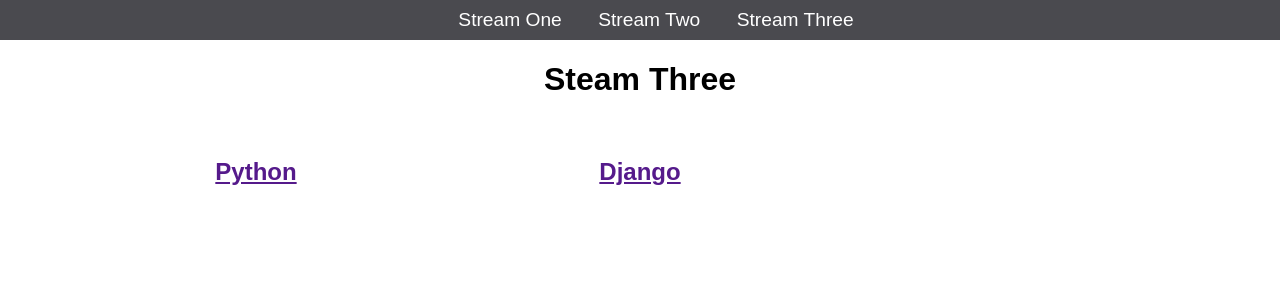
Repository: lisaannbyrne1/my-first-website
Page: stream-three.html
The author's editor kept a record of every edit. The page is drawn from the files as they stood at one moment, then again after the next edit.
The browser window is 1280 px wide. The pictures show the whole page.

Above is the page before.

After the next edit:
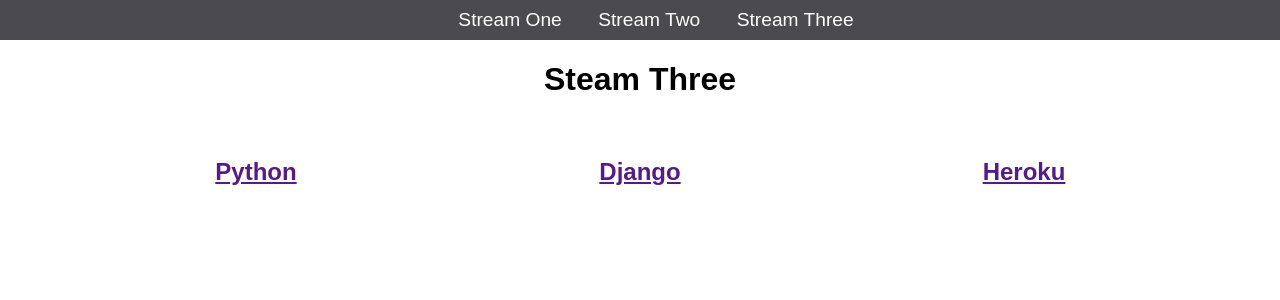
The edit:
--- a/stream-three.html
+++ b/stream-three.html
@@ -25,5 +25,11 @@
                 <h2>Django</h2>
             </a>
         </div>
+       <div class="card">
+            <a href="">
+                <img src=""/>
+                <h2>Heroku</h2>
+            </a>
+        </div>
     </body>
 </html>
